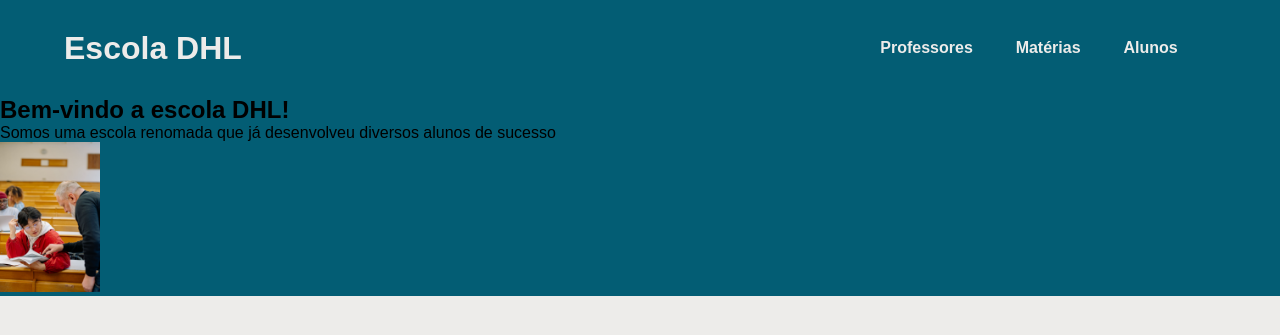
Repository: SirHick/sa-sistema-escola-DHL
Page: front/index.html
These files come from the project's save history. The page is drawn as it stood at one moment and after the next save; the edit follows.
The browser window is 1280 px wide. The pictures show the whole page.

Above is the page before, as saved 2026-07-17 15:51:22.

After the next save:
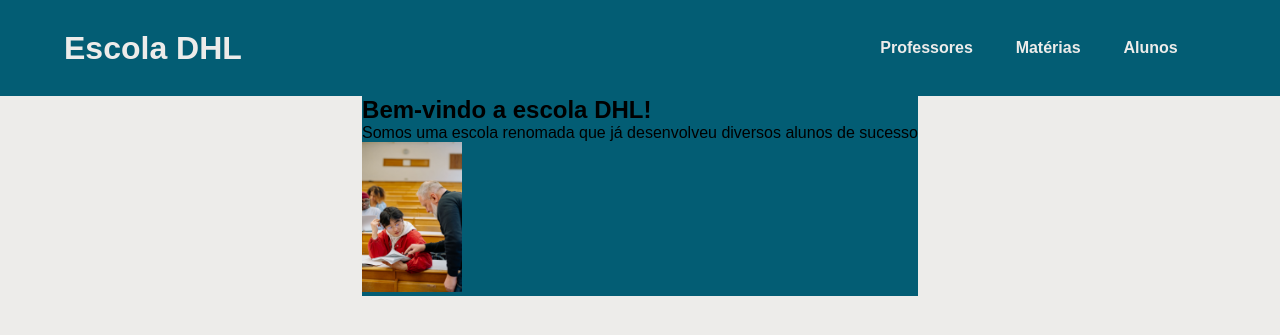
Saved 8 s later.
--- a/front/style.css
+++ b/front/style.css
@@ -15,7 +15,9 @@ body{
 
 }
 
-
+.landing-page{
+    display: flex;
+}
 
 
 header{
@@ -47,5 +49,7 @@ header nav a{
 }
 
 .hero-section{
+    justify-self: center;
     background-color: #035D74;
+
 }
